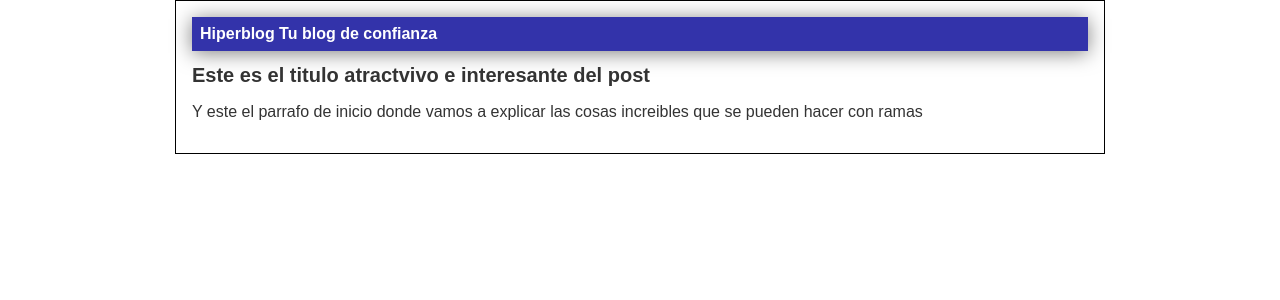
Repository: Areinomora/hiperblog
Page: blogpost.html
An editor plug-in stored every save of this project. The page is shown before and after the next save, followed by the edit.
The browser window is 1280 px wide. The pictures show the whole page.

Above is the page before, as saved 2022-12-22 09:25:04.

### blogpost.html
<!DOCTYPE html>
<html lang="en">
   <head>
    <meta charset="UTF-8">
    <meta http-equiv="X-UA-Compatible" content="IE=edge">
    <meta name="viewport" content="width=device-width, initial-scale=1.0">
    <title>Titulo del blog post</title>
    <link rel="stylesheet" href="/css/estilos.css">
    </head>
    <body>
        <div id="container">
            <div id="cabecera">
                Hiperblog
                <span id="tagline"> Tu blog de confianza</span>
            </div>
            <div id="post">
                <h1>Este es el titulo atractvivo e interesante del post</h1>
                <p>Y este el parrafo de inicio donde vamos a explicar las cosas increibles
                    que se pueden hacer con ramas
                </p>
            </div>
        </div>
    </body>
</html>

### css/estilos.css
body
{
    color:#333;
    text-align:center;
    font-family:"arial";
    font-size: 16 px;
    padding: 0;
    margin: 0;

}
#cabecera
{
    background: #33a;
    box-shadow: 0px 2px 20px rgba(0,0,0,0.5);
    color: white;
    font-weight: bold;
    margin: 0;
    padding: 0.5em;

}
#container
{
    width: 70%;
    padding: 1em;
    text-align: left;
    border: 1px solid #000;
    margin:auto;

}
#container h1
{
    font-size: 20px;
}

After the next save:
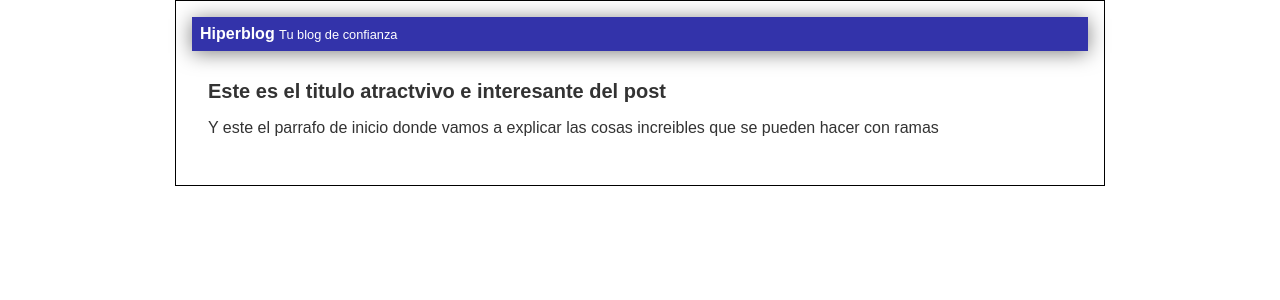
Saved 23 min 6 s later.
--- a/css/estilos.css
+++ b/css/estilos.css
@@ -18,6 +18,14 @@ body
     padding: 0.5em;
 
 }
+#cabecera #tagline
+{
+    padding: 0,0,0,1em;
+    font-weight: normal;
+    font-size: 0.8em;
+
+
+}
 #container
 {
     width: 70%;
@@ -31,3 +39,7 @@ body
 {
     font-size: 20px;
 }
+#post
+{
+    padding: 1em;
+}
